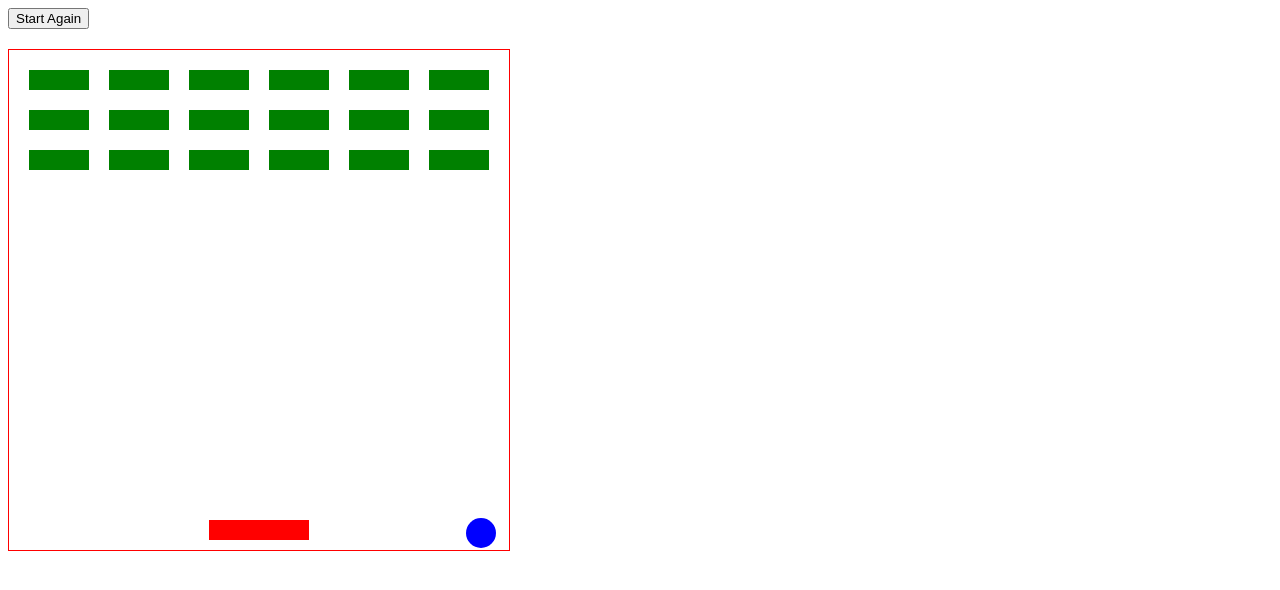
Repository: huynhsang96/CaseJS
Page: Demo_case/index.html
The author's editor kept a copy of each file at every save. The page is drawn from the files as they stood at one save, then again after the next save.
The browser window is 1280 px wide. The pictures show the whole page.

Above is the page before, as saved 2022-02-18 20:20:22.

### Demo_case/index.html
<!DOCTYPE html>
<html lang="en">
<head>
    <meta charset="UTF-8">
    <meta http-equiv="X-UA-Compatible" content="IE=edge">
    <meta name="viewport" content="width=device-width, initial-scale=1.0">
    <title>Document</title>
    <style>

        canvas{
            margin-top: 20px;

        }
    </style>
</head>
<body>
    <div class="btn">
        <button class="btn-start">Start Again</button>
    </div>
    <canvas id="myCanvas" width="500" height="500" style="border:1px solid red;">


    <script src="./ball.js"></script>
    <script src="./bar.js"></script>
    <script src="./brick.js"></script>
    <script src="./main.js"></script>

    <script>

    </script>
</body>
</html>

### Demo_case/ball.js
class Ball{
    constructor(x, y, radius, color){
        this.x = x;
        this.y = y;
        this.radius = radius;
        this.color = color;
        this.speedX = 2;
        this.speedY = 3;
        this.canvas = document.getElementById("myCanvas");
        this.ctx = this.canvas.getContext('2d');
        this.isGameOver = false;
    }

    draw(){
        this.ctx.beginPath();
        this.ctx.arc(this.x, this.y, this.radius, 0, Math.PI * 2);
        this.ctx.fillStyle = this.color;
        this.ctx.fill();
        this.ctx.closePath();
    }

    updateBall(){
        this.x += this.speedX;
        this.y += this.speedY;
    }

    ballColiision(){
        if(this.x + this.radius > this.canvas.width || this.x < this.radius){
            this.speedX = -this.speedX;
        }
        if(this.y < this.radius){
            this.speedY = -this.speedY
        }
    }

    checkGame(){
        if(this.y + this.radius > this.canvas.height){
            this.isGameOver = true;
        }
    }

    move(){
        this.ctx.clearRect(0,0,this.canvas.width,this.canvas.height); // xóa canvas
        this.draw();
    }
}

### Demo_case/bar.js
class Bar{
    constructor(width, height, color){
        this.width = width;
        this.height = height;
        this.x = 200;
        this.y = 470;
        this.color = color;
        this.speed = 5;
        this.isMovingLeft = false;
        this.isMovingRight = false;
        this.canvas = document.getElementById("myCanvas");
        this.ctx = this.canvas.getContext('2d');
    }

    drawBar(){
        this.ctx.beginPath();
        this.ctx.rect(this.x, this.y, this.width, this.height);
        this.ctx.fillStyle = this.color;
        this.ctx.fill();
        this.ctx.closePath();
    }


    moveBar(){
        if(this.isMovingLeft && this.x > 0){
            this.x -= this.speed;
        }
        if(this.isMovingRight && this.x < this.canvas.width - this.width){
                this.x += this.speed;
            }
        }
}

### Demo_case/brick.js
class  Brick{
    constructor(){
        this.offsetX = 20;
        this.offsetY = 20;
        this.margin = 20;
        this.width = 60;
        this.height = 20;
        this.totalRow = 3;
        this.totalColum = 6;
        this.brickList = []
        this.isEndGame = false;
        this.canvas = document.getElementById("myCanvas");
        this.ctx = this.canvas.getContext('2d');
    }


    drawBrick(){
        this.brickList.forEach(element => {
            if(!element.isbroken){
                this.ctx.beginPath();
                this.ctx.rect(
                    element.x,
                    element.y,
                    this.width,
                    this.height,
                );
                this.ctx.fillStyle = "green";
                this.ctx.fill();
                this.ctx.closePath();
            }
        })
    }

    checkEndGame(){
        this.brickList.every(element =>{

        })
    }
}

### Demo_case/main.js
let ball = new Ball(250,150,15,"blue");
let bar = new Bar(100,20,"red");
let bricks = new Brick();


// --------------------------Event Keyboard---------------------

document.addEventListener("keydown",function(e){
    if(e.keyCode === 37){
        bar.isMovingLeft = true;
    }
    if(e.keyCode === 39){
        bar.isMovingRight = true;
    }
})


document.addEventListener("keyup",function(e){
    if(e.keyCode === 37){
        bar.isMovingLeft = false;
    }
    if(e.keyCode === 39){
        bar.isMovingRight = false;
    }
})

// ----------------------------Bar----------------------------

function barCollision(){
    if(ball.x + ball.radius >= bar.x &&
        ball.y + ball.radius >= bar.y &&
        ball.x + ball.radius <= bar.x + bar.width){

        ball.speedY = -ball.speedY;
    }
}

// ----------------------------Bricks------------------------

// Tạo danh sách Bricks
for(let i = 0; i < bricks.totalColum; i++){
    for(let j = 0; j < bricks.totalRow; j++){
        bricks.brickList.push({
            x: bricks.offsetX + i * (bricks.width + bricks.margin),
            y: bricks.offsetY + j * (bricks.height + bricks.margin),
            isbroken: false,
        })
    }
}

// xử lý va chạm
function BricksCollision(){
    bricks.brickList.forEach(element =>{
        if(!element.isbroken){
            if(ball.x + ball.radius >= element.x &&
                ball.x + ball.radius <= element.x + bricks.width &&
                ball.y + ball.radius >= element.y &&
                ball.y + ball.radius <= element.y + bricks.height){
                ball.speedY = -ball.speedY;
                element.isbroken = true;
            }
        }
    })
}



function play(){
    ball.checkGame();

    if(!ball.isGameOver){
        ball.move();
        ball.updateBall();
        ball.ballColiision();

        bar.drawBar();
        bar.moveBar();
        barCollision();

        bricks.drawBrick();
        BricksCollision()

        requestAnimationFrame(play); // Giống đệ quy
    }else{
        alert("End Game!")
    }
}
play()

After the next save:
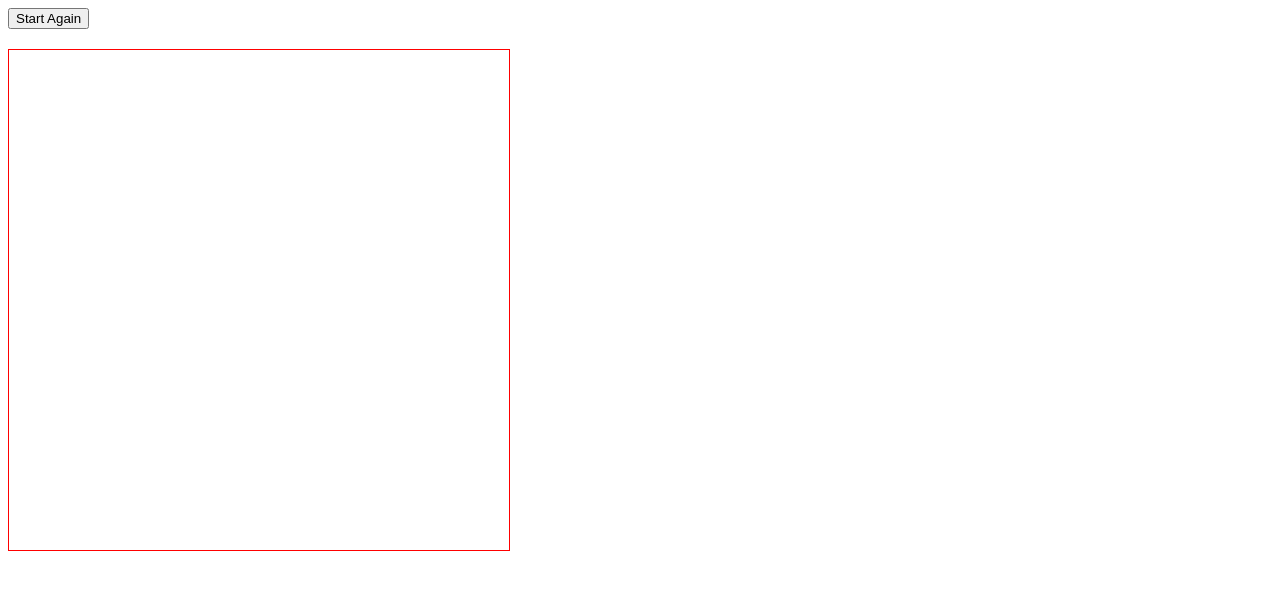
Console error: SyntaxError: Unexpected token '}'
Saved 57 s later.
--- a/Demo_case/brick.js
+++ b/Demo_case/brick.js
@@ -33,7 +33,7 @@
 
     checkEndGame(){
         this.brickList.every(element =>{
-
+            this.isEndGame =
         })
     }
 }

After the save that followed:
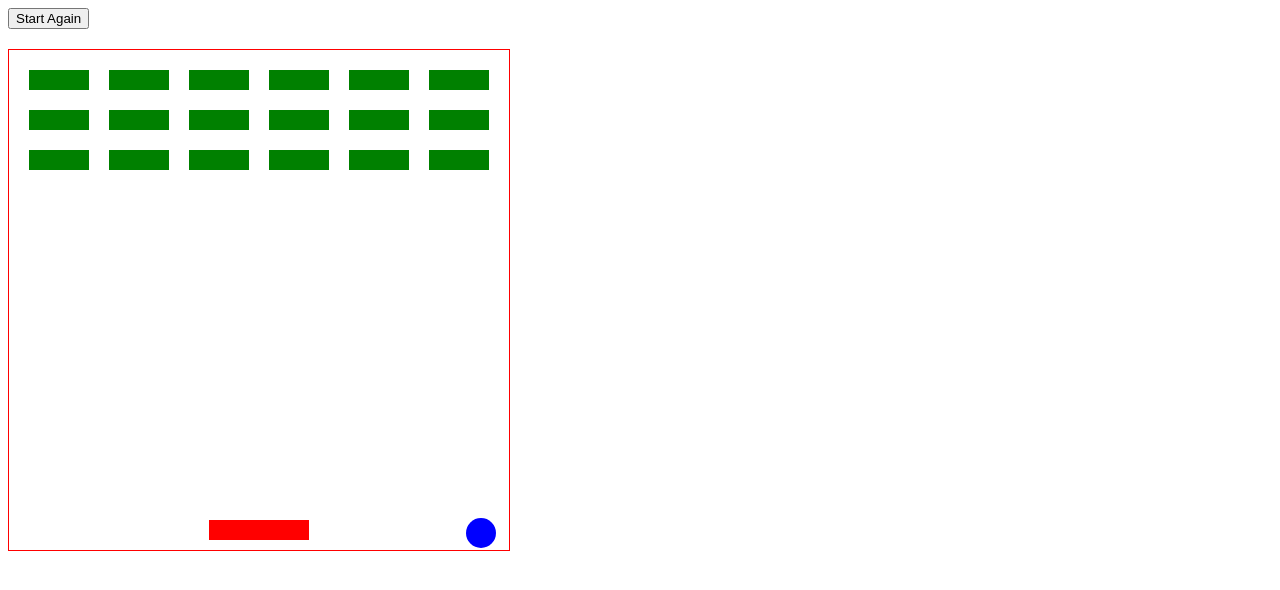
The error is gone.
Saved 46 s later.
--- a/Demo_case/brick.js
+++ b/Demo_case/brick.js
@@ -32,8 +32,8 @@
     }
 
     checkEndGame(){
-        this.brickList.every(element =>{
-            this.isEndGame =
+        this.isEndGame = this.brickList.every(element =>{
+
         })
     }
 }
